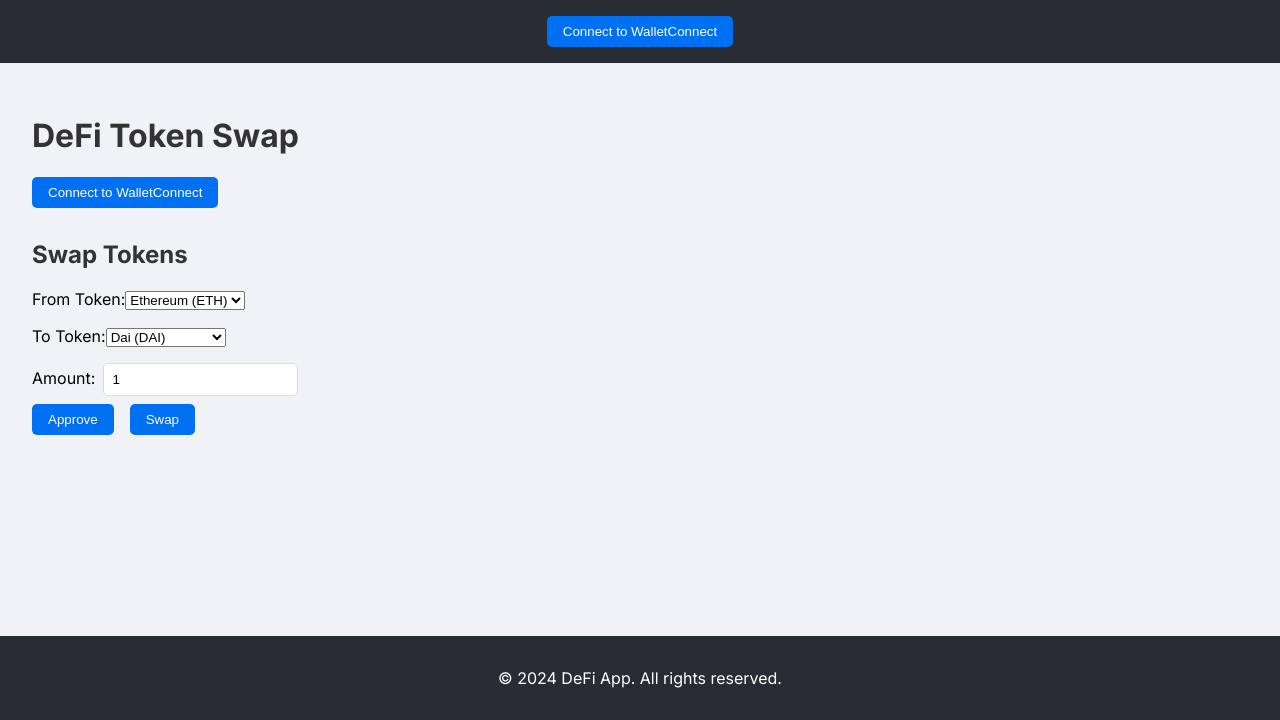
Repository: AllMightLegend/defi-token-swapping-app
Page: /
These files come from the project's save history. The page is drawn as it stood at one moment and after the next save; the edit follows.
The browser window is 1280 px wide. The pictures show the whole page.
The project was rebuilt for these pictures with package versions that can differ from the ones it lists, and the page was loaded fresh each time. Some packages were replaced by stand-ins written for this rebuild. The framework's server and built-in components were replaced by stand-ins that run in the browser. Also part of the build but not shown: next.config.mjs.

Above is the page before, as saved 2024-09-01 20:12:19.

### app/page.tsx
"use client"; // This ensures the component is treated as a client component
import React, { useState, useEffect } from 'react';
import { ethers } from 'ethers';
import WalletConnector from '../components/WalletConnector';
import { approveToken } from '../utils/approval';
import { executeSwap } from '../utils/swap';
import Layout from '../components/Layout';

const IndexPage: React.FC = () => {
  const [provider, setProvider] = useState<ethers.providers.Web3Provider | null>(null);
  const [walletAddress, setWalletAddress] = useState<string | null>(null);
  const [fromToken, setFromToken] = useState<string>('ETH');
  const [toToken, setToToken] = useState<string>('DAI');
  const [amount, setAmount] = useState<string>('1');
  const [swapResult, setSwapResult] = useState<string | null>(null);

  const handleSwap = async () => {
    if (!provider) {
      alert('Please connect your wallet first!');
      return;
    }

    try {
      const swapTx = await executeSwap(fromToken, toToken, amount, provider);
      setSwapResult(`Swap successful: ${swapTx.hash}`);
    } catch (error) {
      console.error('Swap failed:', error);
      setSwapResult('Swap failed.');
    }
  };

  const handleApprove = async () => {
    if (!provider) {
      alert('Please connect your wallet first!');
      return;
    }

    const spenderAddress = '0xYourSpenderAddress'; // Replace with actual spender address

    try {
      const approvalTx = await approveToken(fromToken, spenderAddress, amount, provider);
      alert(`Approval successful: ${approvalTx.hash}`);
    } catch (error) {
      console.error('Approval failed:', error);
      alert('Approval failed.');
    }
  };

  return (
    <Layout>
      <div style={{ padding: '2rem' }}>
        <h1>DeFi Token Swap</h1>
        <WalletConnector setWalletAddress={setWalletAddress} setProvider={setProvider} />

        <div style={{ marginTop: '2rem' }}>
          <h2>Swap Tokens</h2>
          <label>
            From Token:
            <select value={fromToken} onChange={(e) => setFromToken(e.target.value)}>
              <option value="ETH">Ethereum (ETH)</option>
              <option value="SOL">Solana (SOL)</option>
              <option value="BTC">Bitcoin (BTC)</option>
              <option value="DAI">Dai (DAI)</option>
            </select>
          </label>
          <label>
            To Token:
            <select value={toToken} onChange={(e) => setToToken(e.target.value)}>
              <option value="ETH">Ethereum (ETH)</option>
              <option value="SOL">Solana (SOL)</option>
              <option value="BTC">Bitcoin (BTC)</option>
              <option value="DAI">Dai (DAI)</option>
            </select>
          </label>
          <label>
            Amount:
            <input
              type="number"
              value={amount}
              onChange={(e) => setAmount(e.target.value)}
              style={{ marginLeft: '0.5rem' }}
            />
          </label>
          <div>
            <button onClick={handleApprove} style={{ marginRight: '1rem' }}>
              Approve
            </button>
            <button onClick={handleSwap}>Swap</button>
          </div>

          {swapResult && <p>{swapResult}</p>}
        </div>
      </div>
    </Layout>
  );
};

export default IndexPage;

### app/globals.css
/* styles/globals.css */

html,
body {
  padding: 0;
  margin: 0;
  font-family: -apple-system, BlinkMacSystemFont, 'Segoe UI', Roboto, Oxygen, Ubuntu, Cantarell, 'Open Sans', 'Helvetica Neue', sans-serif;
  background-color: #f0f2f5;
}

* {
  box-sizing: border-box;
}

h1, h2 {
  color: #333;
}

button {
  background-color: #0070f3;
  color: white;
  border: none;
  padding: 0.5rem 1rem;
  border-radius: 5px;
  cursor: pointer;
}

button:hover {
  background-color: #005bb5;
}

input {
  padding: 0.5rem;
  border: 1px solid #ddd;
  border-radius: 5px;
}

label {
  display: block;
  margin: 1rem 0 0.5rem;
}

### components/WalletConnector.tsx
import React, { useState, useEffect } from 'react';
import { ethers } from 'ethers';
import WalletConnectProvider from "@walletconnect/web3-provider";

const WalletConnector: React.FC = () => {
  const [walletAddress, setWalletAddress] = useState<string | null>(null);
  const [provider, setProvider] = useState<ethers.providers.Web3Provider | null>(null);

  const connectWallet = async () => {
    try {
      // Create WalletConnect Provider
      const walletConnectProvider = new WalletConnectProvider({
        infuraId: "YOUR_INFURA_PROJECT_ID" // Replace with your Infura Project ID
      });

      // Enable session (triggers QR Code modal)
      await walletConnectProvider.enable();

      // Create ethers provider
      const ethersProvider = new ethers.providers.Web3Provider(walletConnectProvider);
      setProvider(ethersProvider);

      // Get the user's account address
      const accounts = await ethersProvider.listAccounts();
      if (accounts.length > 0) {
        setWalletAddress(accounts[0]);
      } else {
        setWalletAddress(null);
      }

      console.log('Connected to wallet:', accounts[0]);
    } catch (error) {
      console.error('Error connecting to WalletConnect wallet:', error);
    }
  };

  const disconnectWallet = async () => {
    if (provider) {
      try {
        // Disconnect the WalletConnect provider
        const walletConnectProvider = provider.provider as WalletConnectProvider;
        await walletConnectProvider.disconnect();
        setWalletAddress(null);
        setProvider(null);
        console.log('Disconnected from wallet');
      } catch (error) {
        console.error('Error disconnecting from WalletConnect wallet:', error);
      }
    }
  };

  useEffect(() => {
    // No setup needed for WalletConnect on mount
  }, []);

  return (
    <div>
      <button onClick={connectWallet}>
        {walletAddress ? `Connected: ${walletAddress}` : 'Connect to WalletConnect'}
      </button>
      {walletAddress && (
        <button onClick={disconnectWallet}>Disconnect</button>
      )}
    </div>
  );
};

export default WalletConnector;

### utils/approval.ts
import { ethers } from 'ethers';

export const approveToken = async (
  tokenAddress: string,
  spenderAddress: string,
  amount: string,
  provider: ethers.providers.Web3Provider
) => {
  const ERC20_ABI = [
    'function approve(address spender, uint256 amount) public returns (bool)',
  ];

  const signer = provider.getSigner();
  const tokenContract = new ethers.Contract(tokenAddress, ERC20_ABI, signer);

  try {
    const tx = await tokenContract.approve(spenderAddress, ethers.utils.parseUnits(amount, 18));
    await tx.wait();
    return tx;
  } catch (error) {
    console.error('Token approval failed:', error);
    throw new Error('Token approval failed');
  }
};

### utils/swap.ts
import { ethers } from 'ethers';
import axios from 'axios';

const SWAP_API_URL = 'https://api.0x.org/swap/v1/quote';

export const executeSwap = async (fromToken: string, toToken: string, amount: string, provider: ethers.providers.Web3Provider) => {
  const walletAddress = await provider.getSigner().getAddress();

  try {
    const response = await axios.get(SWAP_API_URL, {
      params: {
        buyToken: toToken,
        sellToken: fromToken,
        sellAmount: ethers.utils.parseUnits(amount, 18).toString(),
        takerAddress: walletAddress,
      },
    });

    const { to, data, value } = response.data;

    const tx = {
      to,
      data,
      value: ethers.BigNumber.from(value).toHexString(),
      from: walletAddress,
    };

    const transactionResponse = await provider.getSigner().sendTransaction(tx);
    await transactionResponse.wait();

    return transactionResponse;
  } catch (error) {
    console.error('Swap failed:', error);
    throw new Error('Swap failed');
  }
};

### components/Layout.tsx
import React from 'react';
import Head from 'next/head';
import WalletConnector from './WalletConnector';

const Layout: React.FC = ({ children }) => {
  return (
    <div>
      <Head>
        <title>DeFi App</title>
        <meta name="description" content="A decentralized finance application" />
        <link rel="icon" href="/favicon.ico" />
      </Head>
      <header>
        <WalletConnector />
      </header>
      <main>
        {children}
      </main>
      <footer>
        <p>&copy; {new Date().getFullYear()} DeFi App. All rights reserved.</p>
      </footer>
      <style jsx>{`
        header {
          background-color: #282c34;
          padding: 1rem;
          color: white;
          text-align: center;
        }
        footer {
          background-color: #282c34;
          padding: 1rem;
          color: white;
          text-align: center;
          position: fixed;
          width: 100%;
          bottom: 0;
        }
      `}</style>
    </div>
  );
};

export default Layout;

### styles/Layout.module.css
/* styles/Layout.module.css */

.layout {
    display: flex;
    flex-direction: column;
    min-height: 100vh;
    background: linear-gradient(135deg, #ff5f6d, #ffc371); /* Funky background gradient */
    color: #fff;
    font-family: 'Poppins', sans-serif; /* Modern font */
  }

  .header {
    display: flex;
    justify-content: space-between;
    align-items: center;
    padding: 1rem 2rem;
    background-color: #1f1f1f; /* Dark header for contrast */
    box-shadow: 0 4px 8px rgba(0, 0, 0, 0.1);
    position: sticky;
    top: 0;
    z-index: 100;
  }

  .logo {
    font-size: 1.5rem;
    font-weight: bold;
    color: #ffffff;
    transition: color 0.3s ease;
  }

  .logo:hover {
    color: #ffcc00; /* Funky hover effect */
  }

  .main {
    flex: 1;
    padding: 2rem;
    display: flex;
    flex-direction: column;
    align-items: center;
    justify-content: center;
    animation: fadeIn 0.6s ease-out; /* Smooth entry animation */
  }

  .footer {
    text-align: center;
    padding: 1rem;
    background-color: #1f1f1f;
    color: #fff;
    border-top: 2px solid rgba(255, 255, 255, 0.1);
  }

  @keyframes fadeIn {
    from {
      opacity: 0;
      transform: translateY(10px);
    }
    to {
      opacity: 1;
      transform: translateY(0);
    }
  }

  @media (max-width: 768px) {
    .header {
      flex-direction: column;
    }

    .main {
      padding: 1rem;
    }
  }

Loaded but not shown: app/layout.tsx (common file)

After the next save:
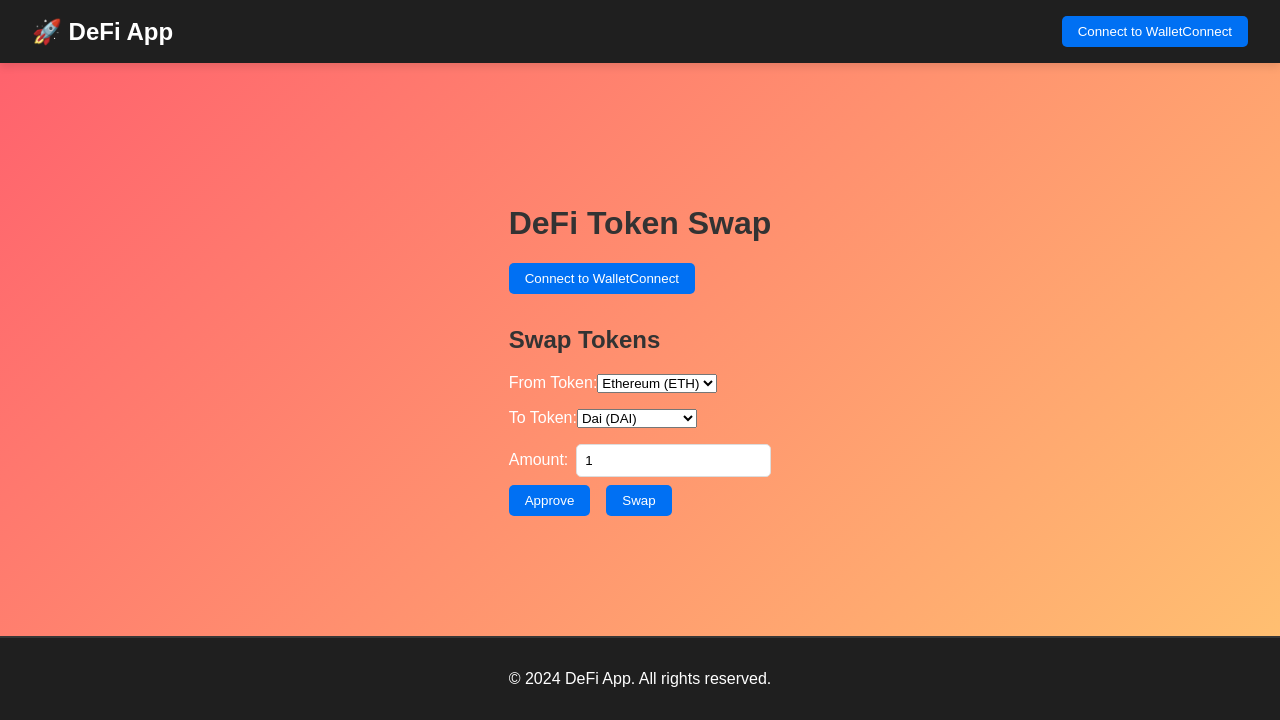
Saved 83 s later.
--- a/components/Layout.tsx
+++ b/components/Layout.tsx
@@ -1,41 +1,25 @@
+// components/Layout.tsx
 import React from 'react';
 import Head from 'next/head';
 import WalletConnector from './WalletConnector';
+import styles from '../styles/Layout.module.css';
 
 const Layout: React.FC = ({ children }) => {
   return (
-    <div>
+    <div className={styles.layout}>
       <Head>
         <title>DeFi App</title>
         <meta name="description" content="A decentralized finance application" />
         <link rel="icon" href="/favicon.ico" />
       </Head>
-      <header>
+      <header className={styles.header}>
+        <div className={styles.logo}>🚀 DeFi App</div>
         <WalletConnector />
       </header>
-      <main>
-        {children}
-      </main>
-      <footer>
+      <main className={styles.main}>{children}</main>
+      <footer className={styles.footer}>
         <p>&copy; {new Date().getFullYear()} DeFi App. All rights reserved.</p>
       </footer>
-      <style jsx>{`
-        header {
-          background-color: #282c34;
-          padding: 1rem;
-          color: white;
-          text-align: center;
-        }
-        footer {
-          background-color: #282c34;
-          padding: 1rem;
-          color: white;
-          text-align: center;
-          position: fixed;
-          width: 100%;
-          bottom: 0;
-        }
-      `}</style>
     </div>
   );
 };
